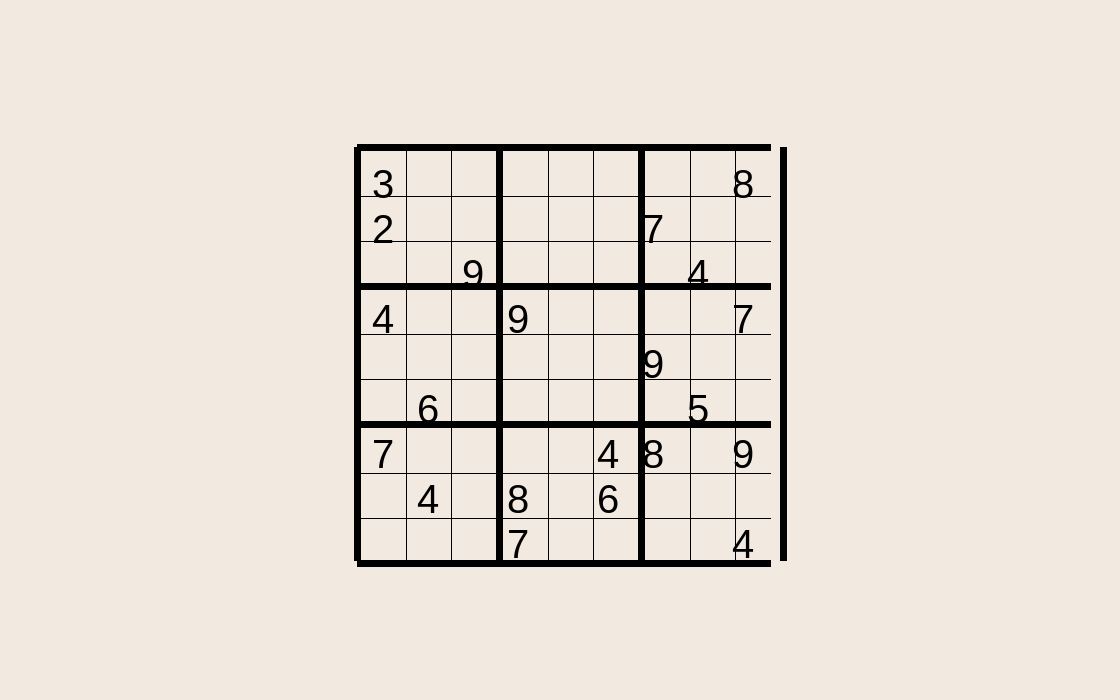
Repository: JensVL96/Puzzle-solver-for-fun
Script's output: python sudoku.py
The author's editor kept a copy of each file at every save. The script's output is drawn from the files as they stood at one save, then again after the next save.
The window is shown after at most 60 frames with no key pressed. A system font it names is replaced by a similar one. Random numbers start from a fixed seed.

Above is the script's output before, as saved 2020-11-08 12:17:08.

### sudoku.py
# -*- coding: utf-8 -*-
from __future__ import print_function
from config import *
from create_board import *
from solve_bloard import *
from display_board import *

from string import *
from math import floor
import pygame as pg
import numpy as np

# For error highlighting
def set_highlight(row, col, blk, lock):
    global input_lock
    input_lock = lock
    global row_index
    row_index = row
    global col_index
    col_index = blk
    global blk_index
    blk_index = col

def get_cord(pos):
    global box_index_x
    box_index_x = int((pos[0] - TOP_LX)//BLOCK_SIZE)
    global box_index_y
    box_index_y = int((pos[1] - TOP_LY)//BLOCK_SIZE)


def valid(grid, x, y, val):
    input_lock = 0
    row = col = blk = (0, 0)

    for index in range(9):
        # Check if value in column
        if grid[x][index] == val:
            col = (x, index)
            input_lock = 1

        # Check if value in row
        if grid[index][y] == val:
            row = (index, y)
            input_lock = 1

    # Finds the block
    index_x = x // 3 # integer division
    index_y = y // 3

    # Check if value in block
    for i in range(index_x * 3, index_x * 3 + 3):
        for j in range (index_y * 3, index_y * 3 + 3):
            if grid[i][j] == val:
                blk = (i, j)
                input_lock = 1

    if input_lock == 1:
        set_highlight(row, col, blk, input_lock)
        return False

    return True

def valid_cdt(cdt_list, val):
    if type(cdt_list) == int:   # ignore
        return True

    if len(cdt_list) > 9:
        return False
    else:
        for iter in cdt_list:
            if iter == val:
                return False

    return True

class Main():
    def __init__(self):
        self.board = []
        self.run()

    def run(self):
        pg.init()
        self.screen = pg.display.set_mode(SCREEN_RES)
        pg.display.set_caption('Sudoku solver')

        display = Display_board(self.screen)

        val = 0
        blink = False
        alpha = 1
        a_change = True
        blink_color = GREEN
        candidates = []

        get_cord(INITIAL_CORDS)
        set_highlight(INITIAL_CORDS, INITIAL_CORDS, INITIAL_CORDS, INITIAL_LOCK)

        board = create_board().board

        while 1:
            for event in pg.event.get():
                if event.type == pg.QUIT or (event.type == pg.KEYDOWN and event.key == pg.K_ESCAPE):
                    exit()
                if event.type == pg.MOUSEBUTTONDOWN and input_lock != 1:
                    pos = pg.mouse.get_pos()
                    get_cord(pos)

                    # Checks if selection is on the board
                    if pos[0] < TOP_LX or pos[1] < TOP_LY or pos[0] > int(BOT_RX) or pos[1] > int(BOT_RY):
                        blink = False
                    else:
                        blink = True
                if event.type == pg.KEYDOWN and input_lock != 1:
                    if event.key == pg.K_1:
                        val = 1
                    if event.key == pg.K_2:
                        val = 2
                    if event.key == pg.K_3:
                        val = 3
                    if event.key == pg.K_4:
                        val = 4
                    if event.key == pg.K_5:
                        val = 5
                    if event.key == pg.K_6:
                        val = 6
                    if event.key == pg.K_7:
                        val = 7
                    if event.key == pg.K_8:
                        val = 8
                    if event.key == pg.K_9:
                        val = 9
                    if event.key == pg.K_BACKSPACE:
                        board[int(box_index_x)][int(box_index_y)] = 0
                elif event.type == pg.KEYDOWN and input_lock == 1:
                    if event.key == pg.K_BACKSPACE:
                        val = 0
                        set_highlight(INITIAL_CORDS, INITIAL_CORDS, INITIAL_CORDS, INITIAL_LOCK)
                        blink_color = GREEN
                        board[int(box_index_x)][int(box_index_y)] = 0

            if val != 0:
                # display.draw_val(val, box_index_x, box_index_y)
                candidates = []
                print("value: ", val,"occupying position: ", board[box_index_x][box_index_y])

                if valid(board, box_index_x, box_index_y, val):
                    if type(board[box_index_x][box_index_y]) == 0:  # No candidates
                        board[box_index_x][box_index_y] = val
                    elif type(board[box_index_x][box_index_y]) == int: # Switching from number to list
                        candidates.append(val)
                        board[box_index_x][box_index_y] = candidates
                    elif valid_cdt(board[box_index_x][box_index_y], val): # Adding candidate to list
                        candidates = board[box_index_x][box_index_y]
                        candidates.append(val)
                        board[box_index_x][box_index_y] = candidates


            # Draws the screen
            pg.draw.rect(self.screen, BLACK, (0, 0, self.screen.get_width(), self.screen.get_height()))
            self.screen.fill(BEIGE)

            # find the cell selected
            cell = display.find_cell(box_index_x, box_index_y)

            # Draws the board
            display.draw(board, cell)

            # Check if cell is selected
            if blink:
                blink = display.blink(alpha, a_change)
                alpha = blink[0]
                a_change = blink[1]
                myRect = pg.Rect(cell)

                rectSurf = pg.Surface(myRect.size, pg.SRCALPHA)
                rectSurf.fill(blink_color)
                rectSurf.set_alpha(alpha)
                self.screen.blit(rectSurf, (myRect.x, myRect.y))

            # Check if incorrect input
            if input_lock == 1 and val != 0:
                display.update(board, row_index, col_index, blk_index)
                blink_color = RED

            val = 0

            # display.draw_box()

            pg.display.update()


        self.solution = solve_board(board)

        self.solution.assign_flags(board)

if __name__ == '__main__':
    Main()

### config.py


#   Screen info
SCREEN_HEIGHT = 700
SCREEN_WIDTH = int(SCREEN_HEIGHT * 1.6)
SCREEN_RES = (SCREEN_WIDTH, SCREEN_HEIGHT)

#   Colours
BLACK = (0,0,0)
GREY = (50,50,50)
GREEN = (0,255,0)
RED = (255, 0, 0)
WHITE = (255,255,255)
BEIGE = (242,234,224)

# Box info
BORDER_SIZE = 405
BLOCK_SIZE = BORDER_SIZE / 9
CELL_SIZE = BLOCK_SIZE / 9
# Corner coordinates
TOP_LX = (SCREEN_WIDTH / 2) - (BORDER_SIZE / 2)
TOP_LY = (SCREEN_HEIGHT / 2) - (BORDER_SIZE / 2)
TOP_RX = (SCREEN_WIDTH / 2) + (BORDER_SIZE / 2)
TOP_RY = (SCREEN_HEIGHT / 2) - (BORDER_SIZE / 2)
BOT_LX = (SCREEN_WIDTH / 2) - (BORDER_SIZE / 2)
BOT_LY = (SCREEN_HEIGHT / 2) + (BORDER_SIZE / 2)
BOT_RX = (SCREEN_WIDTH / 2) + (BORDER_SIZE / 2)
BOT_RY = (SCREEN_HEIGHT / 2) + (BORDER_SIZE / 2)

# Numbers
CANDIDATE_SIZE = 20
NUMBER_SIZE = 40
BOLD = 50

# Blinking
BLINK_SPEED = 0.3
BLINK_COLOR = GREEN
ERROR_COLOR = RED

INITIAL_CORDS = (-1, -1)
INITIAL_LOCK = 0

### create_board.py
from random import sample

class create_board():
    def __init__(self):
        self.base  = 3  # Will generate any size of random sudoku board in O(n^2) time
        self.side  = self.base * self.base
        self.nums  = sample(range(1, self.side + 1), self.side) # random numbers
        self.board = [[self.nums[(self.base * (r%self.base) + r//self.base + c)%self.side] for c in range(self.side) ] for r in range(self.side)]
        rows  = [ r for g in sample(range(self.base),self.base) for r in sample(range(g * self.base,(g + 1) * self.base), self.base) ]
        cols  = [ c for g in sample(range(self.base),self.base) for c in sample(range(g * self.base,(g + 1) * self.base), self.base) ]
        self.board = [[self.board[r][c] for c in cols] for r in rows]

        # print("\nInput:")
        # for line in self.board: print(line)

        squares = self.side * self.side
        empties = squares * 3//4
        for p in sample(range(squares),empties):
            self.board[p//self.side][p%self.side] = 0

        self.lines()

    def expandLine(self, line):
        return line[0]+line[5:9].join([line[1:5]*(self.base-1)]*self.base)+line[9:13]

    def lines(self):
        self.line0  = self.expandLine("╔═══╤═══╦═══╗")
        self.line1  = self.expandLine("║ . │ . ║ . ║")
        self.line2  = self.expandLine("╟───┼───╫───╢")
        self.line3  = self.expandLine("╠═══╪═══╬═══╣")
        self.line4  = self.expandLine("╚═══╧═══╩═══╝")

        self.draw()

    def draw(self):
        symbol = " 1234567890ABCDEFGHIJKLMNOPQRSTUVWXYZ"
        self.nums   = [ [""]+[symbol[n] for n in row] for row in self.board ]
        print(self.line0)
        for r in range(1,self.side+1):
            print( "".join(n+s for n,s in zip(self.nums[r-1],self.line1.split("."))) )
            print([self.line2,self.line3,self.line4][(r%self.side==0)+(r%self.base==0)])

### solve_bloard.py
class solve_board():
    def __init__(self, board):
        self.row = []
        self.col = []
        self.cell = []
        self.row_list = []
        self.col_list = []
        self.cell_list = []

        for space in range(9):
            self.col.append([])
            self.cell.append([])

        row_idx = 0
        for line in board:

            self.row.append(line)

            cell_idx = 0
            if row_idx >= 3:
                cell_idx = 3
            if row_idx >= 6:
                cell_idx = 6


            for col_idx in range(9):

                self.col[col_idx].insert(row_idx, line[col_idx])

                if col_idx % 3 == 0:
                    for triple in range(0, 3):
                        self.cell[cell_idx].insert(len(self.cell[row_idx]) + triple, line[col_idx + triple])
                    cell_idx += 1

            self.row_list.append(self.row)
            self.col_list.append(self.col)
            self.cell_list.append(self.cell)
            row_idx += 1

        print("\nrow:")
        for row in self.row_list[0]:
            print(row)
        # print("\ncolumn:")
        # for col in self.col_list[0]:
        #     print(col)
        # print("\ncell:")
        # for cell in self.cell_list[0]:
        #     print(cell)

    def assign_flags(self, board):
        self.flags = []
        row_idx = 0
        cell_idx = 0

        print("\n")
        for line in board:
            cell_idx = 0
            if row_idx >= 3:
                cell_idx = 3
            if row_idx >= 6:
                cell_idx = 6

            for index in range(9):
                # print("position: ", index, "value: ", line[index])

                # print("row", row_idx, "col", index, "cell", cell_idx)
                if (index % 3 == 0 and index != 0):
                    cell_idx += 1

                if line[index] == 0:
                    flag_idx = 0
                    temp_flag = []
                    for value in range(1, 10):
                        # print(value)
                        if self.row_flag(value, row_idx):
                            # print("found in row")
                            pass
                        elif self.col_flag(value, index):
                            # print("found in column")
                            pass
                        elif self.cell_flag(value, cell_idx):
                            # print("found in cell")
                            pass
                        else:
                            temp_flag.append(value)
                            flag_idx += 1
                    print(temp_flag)
                    self.flags.append(temp_flag)
            row_idx += 1

    def check_row(self):
        pass

    def column(self, x):
        pass

    def cell(self, row, col):
        pass

    def row_flag(self, index, row_idx):
        for row in self.row_list[0][row_idx]:
            # print("comparing in row ", row, "with ", index, "row_idx ", row_idx)
            if row == index:
                return 1
        return 0

    def col_flag(self, index, col_idx):
        for col in self.col_list[0][col_idx]:
            # print("comparing in column ", col, "with ", index, "col_idx ", col_idx)
            if col == index:
                return 1
        return 0

    def cell_flag(self, index, cell_idx):
        for cell in self.cell_list[0][cell_idx]:
            # print("comparing in cell ", cell, "with ", index, "cell_idx ", cell_idx)
            if cell == index:
                return 1
        return 0

### display_board.py
from config import *
import pygame as pg

class Display_board():
    def __init__(self, screen):
        self.screen = screen
        self.font_num = pg.font.SysFont("comicsans", NUMBER_SIZE)
        self.font_cdt = pg.font.SysFont("comicsans", CANDIDATE_SIZE)

    def draw_val(self, val, x, y):
        text1 = self.font_num.render(str(val), 1, BLACK)
        self.screen.blit(text1, (x * BLOCK_SIZE + 15, y * BLOCK_SIZE + 15))

    def draw_cdt(self, val, x, y):
        text1 = self.font_cdt.render(str(val), 1, BLACK)
        self.screen.blit(text1, (x * BLOCK_SIZE + 1, y * BLOCK_SIZE + 1))

    def on_mouse_press(self, x, y, symbol, modifier):
        pass

    def draw(self, grid, cell):
        for i in range (9):
            for j in range (9):
                if grid[i][j] != 0:
                    if type(grid[i][j]) != int:
                        self.draw_candidates(grid, cell)
                    else:
                        text1 = self.font_num.render(str(grid[i][j]), 1, BLACK)
                        self.screen.blit(text1, (TOP_LX + i * BLOCK_SIZE + 15, TOP_LY + j * BLOCK_SIZE + 14))

        size = 0
        TOPLx_coord = TOP_LX
        TOPLy_coord = TOP_LY
        TOPRy_coord = TOP_RY
        BOTLx_coord = BOT_LX
        # for i in range(10):
        #     print("\nline: ---", i, "---")
        #     print("top corner: (", TOP_LX, ",", TOP_LY, ")")
        #     if i % 3 == 0:
        #         print("thick")
        #         thick = 7
        #     else:
        #         print("thin")
        #         thick = 1

        #     if (i + 2) % 3 == 0:
        #         print("increasing size: ", i)
        #         size += 7
        #     # else:
        #     #     size = 0
        #         TOPLx_coord += BLOCK_SIZE + size
        #         TOPLy_coord += BLOCK_SIZE + size
        #         TOPRy_coord += BLOCK_SIZE + size
        #         BOTLx_coord += BLOCK_SIZE + size
        #     check_diffX = TOPLx_coord
        #     check_diffY = TOPLy_coord

        #     #       thick           Thick     thin    thin  thick   thin    thin  thick   thin    thin  thick
        #     # TOP_LX -> TOP_RX & ( TOP_LY -> BS + 7 -> BS -> BS -> BS + 7 -> BS -> BS -> BS + 7 -> BS -> BS)
        #     print("Start horizontal: ", check_diffX, "end: ", TOPLx_coord)
        #     print("line size: ", size, "block size: ", BLOCK_SIZE, "total distance: ", BLOCK_SIZE + size)
        #     print("Start vertical: ", check_diffY, "end: ", TOPLy_coord)
        #     pg.draw.line(self.screen, BLACK, (TOP_LX,
        #                                     TOPLy_coord),
        #                                     (TOP_RX,
        #                                     TOPRy_coord), thick)
        #     pg.draw.line(self.screen, BLACK, (TOPLx_coord,
        #                                     TOP_LY),
        #                                     (BOTLx_coord,
        #                                     BOT_LY), thick)

        pg.draw.line(self.screen, BLACK, (TOP_LX, TOP_LY), (TOP_RX + 7.5, TOP_RY), 7)
        pg.draw.line(self.screen, BLACK, (TOP_LX, TOP_LY + 48.5), (TOP_RX + 7.5, TOP_RY + 48.5), 1)
        pg.draw.line(self.screen, BLACK, (TOP_LX, TOP_LY + 48.5 + 45), (TOP_RX + 7.5, TOP_RY + 48.5 + 45), 1)
        pg.draw.line(self.screen, BLACK, (TOP_LX, TOP_LY + 48.5 + 45 + 45), (TOP_RX + 7.5, TOP_RY + 48.5 + 45 + 45), 7)
        pg.draw.line(self.screen, BLACK, (TOP_LX, TOP_LY + 48.5 + 45 + 45 + 48.5), (TOP_RX + 7.5, TOP_RY + 48.5 + 45 + 45 + 48.5), 1)
        pg.draw.line(self.screen, BLACK, (TOP_LX, TOP_LY + 48.5 + 45 + 45 + 48.5+ 45), (TOP_RX + 7.5, TOP_RY + 48.5 + 45 + 45 + 48.5 + 45), 1)
        pg.draw.line(self.screen, BLACK, (TOP_LX, TOP_LY + 48.5 + 45 + 45 + 48.5 + 45 + 45), (TOP_RX + 7.5, TOP_RY + 48.5 + 45 + 45 + 48.5 + 45 + 45), 7)
        pg.draw.line(self.screen, BLACK, (TOP_LX, TOP_LY + 48.5 + 45 + 45 + 48.5 + 45 + 45 + 48.5), (TOP_RX + 7.5, TOP_RY + 48.5 + 45 + 45 + 48.5 + 45 + 45 + 48.5), 1)
        pg.draw.line(self.screen, BLACK, (TOP_LX, TOP_LY + 48.5 + 45 + 45 + 48.5 + 45 + 45 + 48.5 + 45), (TOP_RX + 7.5, TOP_RY + 48.5 + 45 + 45 + 48.5 + 45 + 45 + 48.5 + 45), 1)
        pg.draw.line(self.screen, BLACK, (TOP_LX, TOP_LY + 48.5 + 45 + 45 + 48.5 + 45 + 45 + 48.5 + 45 + 45), (TOP_RX + 7.5, TOP_RY + 48.5 + 45 + 45 + 48.5 + 45 + 45 + 48.5 + 45 + 45), 7)

        pg.draw.line(self.screen, BLACK, (TOP_LX, TOP_LY), (BOT_LX, BOT_LY + 7.5), 7)
        pg.draw.line(self.screen, BLACK, (TOP_LX + 48.5, TOP_LY), (BOT_LX + 48.5, BOT_LY + 7.5), 1)
        pg.draw.line(self.screen, BLACK, (TOP_LX + 48.5 + 45, TOP_LY), (BOT_LX + 48.5 + 45, BOT_LY + 7.5), 1)
        pg.draw.line(self.screen, BLACK, (TOP_LX + 52 + 45 + 45, TOP_LY), (BOT_LX + 52 + 45 + 45, BOT_LY + 7.5), 7)
        pg.draw.line(self.screen, BLACK, (TOP_LX + 52 + 45 + 45 + 48.5, TOP_LY), (BOT_LX + 52 + 45 + 45 + 48.5, BOT_LY + 7.5), 1)
        pg.draw.line(self.screen, BLACK, (TOP_LX + 52 + 45 + 45 + 48.5 + 45, TOP_LY), (BOT_LX + 52 + 45 + 45 + 48.5 + 45, BOT_LY + 7.5), 1)
        pg.draw.line(self.screen, BLACK, (TOP_LX + 52 + 45 + 45 + 52 + 45 + 45, TOP_LY), (BOT_LX + 52 + 45 + 45 + 52 + 45 + 45, BOT_LY + 7.5), 7)
        pg.draw.line(self.screen, BLACK, (TOP_LX + 52 + 45 + 45 + 52 + 45 + 45 + 48.5, TOP_LY), (BOT_LX + 52 + 45 + 45 + 52 + 45 + 45 + 48.5, BOT_LY + 7.5), 1)
        pg.draw.line(self.screen, BLACK, (TOP_LX + 52 + 45 + 45 + 52 + 45 + 45 + 48.5 + 45, TOP_LY), (BOT_LX + 52 + 45 + 45 + 52 + 45 + 45 + 48.5 + 45, BOT_LY + 7.5), 1)
        pg.draw.line(self.screen, BLACK, (TOP_LX + 52 + 45 + 45 + 52 + 45 + 45 + 52 + 45 + 45, TOP_LY), (BOT_LX + 52 + 45 + 45 + 52 + 45 + 45 + 52 + 45 + 45, BOT_LY + 7.5), 7)

            # For candidate placement
            # if i % 3 == 0:
            #     print(BLOCK_SIZE)
            #     pg.draw.line(self.screen, BLACK, (cell[0],
            #                                     cell[1] + i * (cell[2] / 9)),
            #                                     ((cell[0] + cell[2]),
            #                                     cell[1] + i * (cell[2] / 9)), 1)
            #     pg.draw.line(self.screen, BLACK, (cell[0] + i * (cell[3] / 9),
            #                                     cell[1]),
            #                                     (cell[0] + i * (cell[3] / 9),
            #                                     cell[1] + cell[3]), 1)

    def draw_candidates(self, grid, cell):
        new_line = 1
        iteration = 1
        indent = 15
        for number in grid[i][j]:
            if iteration % 3 == 1:    # Checking if first in line: 1, 4, 7
                text1 = self.font_cdt.render(str(number), 1, BLACK)
                self.screen.blit(text1, (cell[0] + 3, cell[1] + ((new_line - 1) * indent) + 2))
            else:
                text1 = self.font_cdt.render(str(number), 1, BLACK)
                self.screen.blit(text1, (cell[0] + ((iteration - 1) * indent) + 3, cell[1] + ((new_line - 1) * indent) + 2))
            if iteration % 3 == 0:      # checking if last in line: 3, 6
                new_line += 1
                iteration = 0

            iteration += 1


    def update(self, grid, row, col, blk):
        font_val = pg.font.SysFont("comicsans", BOLD)

        if row != (-1, -1):
            # Remove old number
            text1 = self.font_num.render(str(grid[row[0]][row[1]]), 1, WHITE)
            self.screen.blit(text1, (TOP_LX + row[0] * BLOCK_SIZE + 15, TOP_LY + row[1] * BLOCK_SIZE + 15))

            # Rewrite in bigger font
            text1 = font_val.render(str(grid[row[0]][row[1]]), 1, BLACK)
            self.screen.blit(text1, (TOP_LX + row[0] * BLOCK_SIZE + 14, TOP_LY + row[1] * BLOCK_SIZE + 10))

        if col != (-1, -1):
            # Remove old number
            text1 = self.font_num.render(str(grid[col[0]][col[1]]), 1, WHITE)
            self.screen.blit(text1, (TOP_LX + col[0] * BLOCK_SIZE + 15, TOP_LY + col[1] * BLOCK_SIZE + 15))

            # Rewrite in bigger font
            text1 = font_val.render(str(grid[col[0]][col[1]]), 1, BLACK)
            self.screen.blit(text1, (TOP_LX + col[0] * BLOCK_SIZE + 14, TOP_LY + col[1] * BLOCK_SIZE + 10))

        if blk != (-1, -1):
            # Remove old number
            text1 = self.font_num.render(str(grid[blk[0]][blk[1]]), 1, WHITE)
            self.screen.blit(text1, (TOP_LX + blk[0] * BLOCK_SIZE + 15, TOP_LY + blk[1] * BLOCK_SIZE + 15))

            # Rewrite in bigger font
            text1 = font_val.render(str(grid[blk[0]][blk[1]]), 1, BLACK)
            self.screen.blit(text1, (TOP_LX + blk[0] * BLOCK_SIZE + 14, TOP_LY + blk[1] * BLOCK_SIZE + 10))

    def find_cell(self, x, y):
        # Only applies glow when a cell is selected
        if x == -1 and y == -1:
            return

        width = BLOCK_SIZE
        height = BLOCK_SIZE
        block = 1

        # Adjustment in size if bordering a thick line
        print("cell: ", x, y)
        if x % 3 == 0:  # If thick line on the left
            print("column 1, 4 or 7")
        # else:
        #     start_pos_x = TOP_LX + x * BLOCK_SIZE + block * 3.5

        temp = x
        for i in range(3):
            if temp - 3 >= 0:
                block += 2
            temp += -3
            i += 1
        print("block: ", block)

        print("extra indent :", block * 3.5)
        start_pos_x = TOP_LX + x * BLOCK_SIZE + block * 3.5

        if (x + 1) % 3 == 0:    # If thick line on the right
            print("column 3, 6 or 9")

        if y % 3 == 0:  # If thick line on the top
            print("row 1, 4 or 7")
        # else:
        #     start_pos_y = TOP_LY + y * BLOCK_SIZE# + 1

        if (y + 1) % 3 == 0:    # If thick line on the bottom
            print("row 3, 6 or 9")

        start_pos_y = TOP_LY + y * BLOCK_SIZE + block * 3.5

        return (start_pos_x, start_pos_y, width, height)

    def blink(self, alpha, a_change):
        if a_change:
            alpha += BLINK_SPEED
            if alpha >= 175:
                a_change = False
        elif a_change == False:
            alpha += -BLINK_SPEED
            if alpha <= 30:
                a_change = True

        return (alpha, a_change)

After the next save:
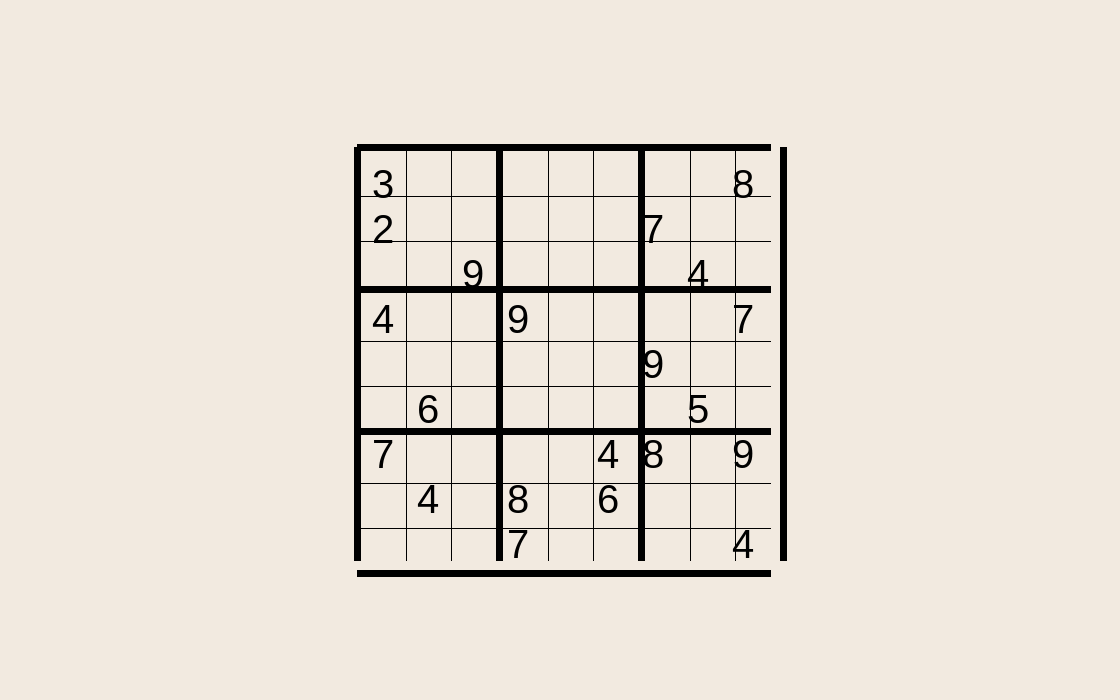
Saved 38 s later.
--- a/display_board.py
+++ b/display_board.py
@@ -72,13 +72,13 @@ class Display_board():
         pg.draw.line(self.screen, BLACK, (TOP_LX, TOP_LY), (TOP_RX + 7.5, TOP_RY), 7)
         pg.draw.line(self.screen, BLACK, (TOP_LX, TOP_LY + 48.5), (TOP_RX + 7.5, TOP_RY + 48.5), 1)
         pg.draw.line(self.screen, BLACK, (TOP_LX, TOP_LY + 48.5 + 45), (TOP_RX + 7.5, TOP_RY + 48.5 + 45), 1)
-        pg.draw.line(self.screen, BLACK, (TOP_LX, TOP_LY + 48.5 + 45 + 45), (TOP_RX + 7.5, TOP_RY + 48.5 + 45 + 45), 7)
-        pg.draw.line(self.screen, BLACK, (TOP_LX, TOP_LY + 48.5 + 45 + 45 + 48.5), (TOP_RX + 7.5, TOP_RY + 48.5 + 45 + 45 + 48.5), 1)
-        pg.draw.line(self.screen, BLACK, (TOP_LX, TOP_LY + 48.5 + 45 + 45 + 48.5+ 45), (TOP_RX + 7.5, TOP_RY + 48.5 + 45 + 45 + 48.5 + 45), 1)
-        pg.draw.line(self.screen, BLACK, (TOP_LX, TOP_LY + 48.5 + 45 + 45 + 48.5 + 45 + 45), (TOP_RX + 7.5, TOP_RY + 48.5 + 45 + 45 + 48.5 + 45 + 45), 7)
-        pg.draw.line(self.screen, BLACK, (TOP_LX, TOP_LY + 48.5 + 45 + 45 + 48.5 + 45 + 45 + 48.5), (TOP_RX + 7.5, TOP_RY + 48.5 + 45 + 45 + 48.5 + 45 + 45 + 48.5), 1)
-        pg.draw.line(self.screen, BLACK, (TOP_LX, TOP_LY + 48.5 + 45 + 45 + 48.5 + 45 + 45 + 48.5 + 45), (TOP_RX + 7.5, TOP_RY + 48.5 + 45 + 45 + 48.5 + 45 + 45 + 48.5 + 45), 1)
-        pg.draw.line(self.screen, BLACK, (TOP_LX, TOP_LY + 48.5 + 45 + 45 + 48.5 + 45 + 45 + 48.5 + 45 + 45), (TOP_RX + 7.5, TOP_RY + 48.5 + 45 + 45 + 48.5 + 45 + 45 + 48.5 + 45 + 45), 7)
+        pg.draw.line(self.screen, BLACK, (TOP_LX, TOP_LY + 52 + 45 + 45), (TOP_RX + 7.5, TOP_RY + 52 + 45 + 45), 7)
+        pg.draw.line(self.screen, BLACK, (TOP_LX, TOP_LY + 52 + 45 + 45 + 52), (TOP_RX + 7.5, TOP_RY + 52 + 45 + 45 + 52), 1)
+        pg.draw.line(self.screen, BLACK, (TOP_LX, TOP_LY + 52 + 45 + 45 + 52+ 45), (TOP_RX + 7.5, TOP_RY + 52 + 45 + 45 + 52 + 45), 1)
+        pg.draw.line(self.screen, BLACK, (TOP_LX, TOP_LY + 52 + 45 + 45 + 52 + 45 + 45), (TOP_RX + 7.5, TOP_RY + 52 + 45 + 45 + 52 + 45 + 45), 7)
+        pg.draw.line(self.screen, BLACK, (TOP_LX, TOP_LY + 52 + 45 + 45 + 52 + 45 + 45 + 52), (TOP_RX + 7.5, TOP_RY + 52 + 45 + 45 + 52 + 45 + 45 + 52), 1)
+        pg.draw.line(self.screen, BLACK, (TOP_LX, TOP_LY + 52 + 45 + 45 + 52 + 45 + 45 + 52 + 45), (TOP_RX + 7.5, TOP_RY + 52 + 45 + 45 + 52 + 45 + 45 + 52 + 45), 1)
+        pg.draw.line(self.screen, BLACK, (TOP_LX, TOP_LY + 52 + 45 + 45 + 52 + 45 + 45 + 52 + 45 + 45), (TOP_RX + 7.5, TOP_RY + 52 + 45 + 45 + 52 + 45 + 45 + 52 + 45 + 45), 7)
 
         pg.draw.line(self.screen, BLACK, (TOP_LX, TOP_LY), (BOT_LX, BOT_LY + 7.5), 7)
         pg.draw.line(self.screen, BLACK, (TOP_LX + 48.5, TOP_LY), (BOT_LX + 48.5, BOT_LY + 7.5), 1)
